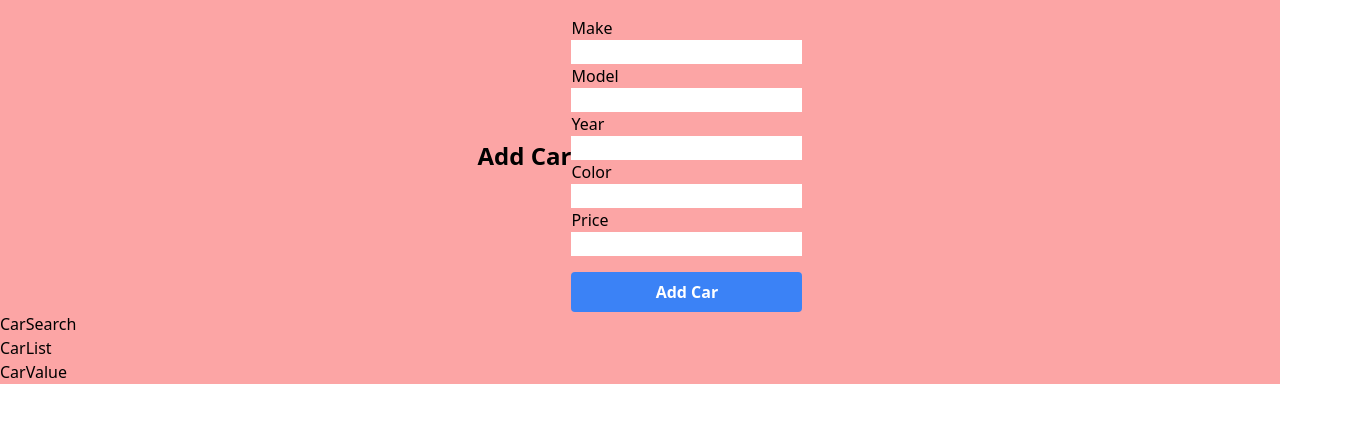
Repository: Marhamat92/carsappreduxtoolkit
Page: /
An editor plug-in stored every save of this project. The page is shown before and after the next save, followed by the edit.
The browser window is 1280 px wide. The page is 1280 px wide, then 1372 px, so the pictures cover 1372 px, including what lies to the right of the window. The pictures show the whole page.
The project was rebuilt for these pictures with package versions that can differ from the ones it lists, and the page was loaded fresh each time.

Above is the page before, as saved 2023-01-23 20:59:15.

After the next save:
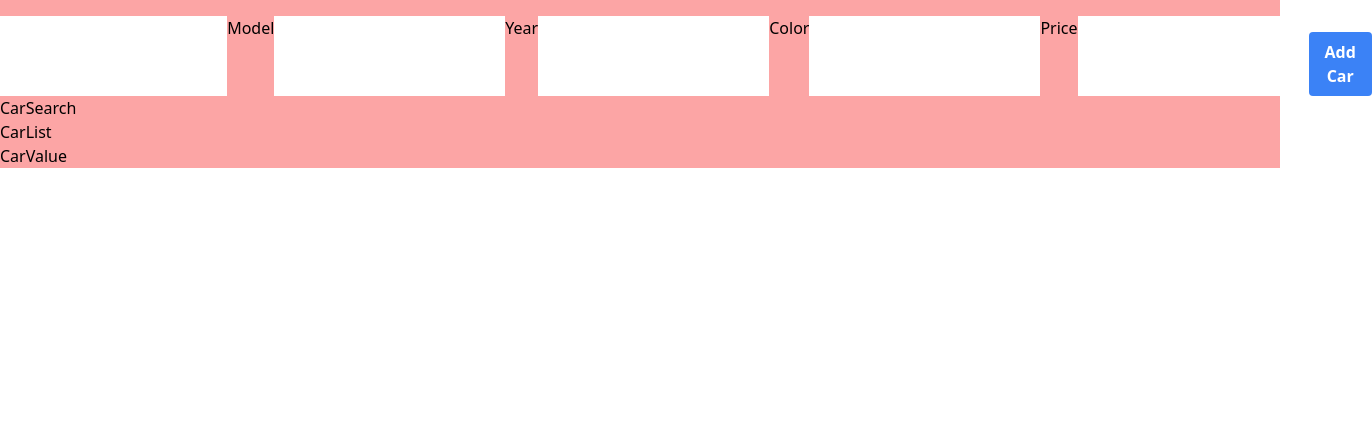
Saved 32 s later.
--- a/src/components/CarForm.js
+++ b/src/components/CarForm.js
@@ -5,7 +5,7 @@ function CarForm() {
     <div className='flex items-center justify-center'>
       <h1 className='font-bold text-2xl' >Add Car</h1>
       <div className='mt-4'>
-        <form className='flex flex-col'>
+        <form className='flex flex-row'>
           <label htmlFor='make'>Make</label>
           <input type='text' name='make' id='make' />
           <label htmlFor='model'>Model</label>
